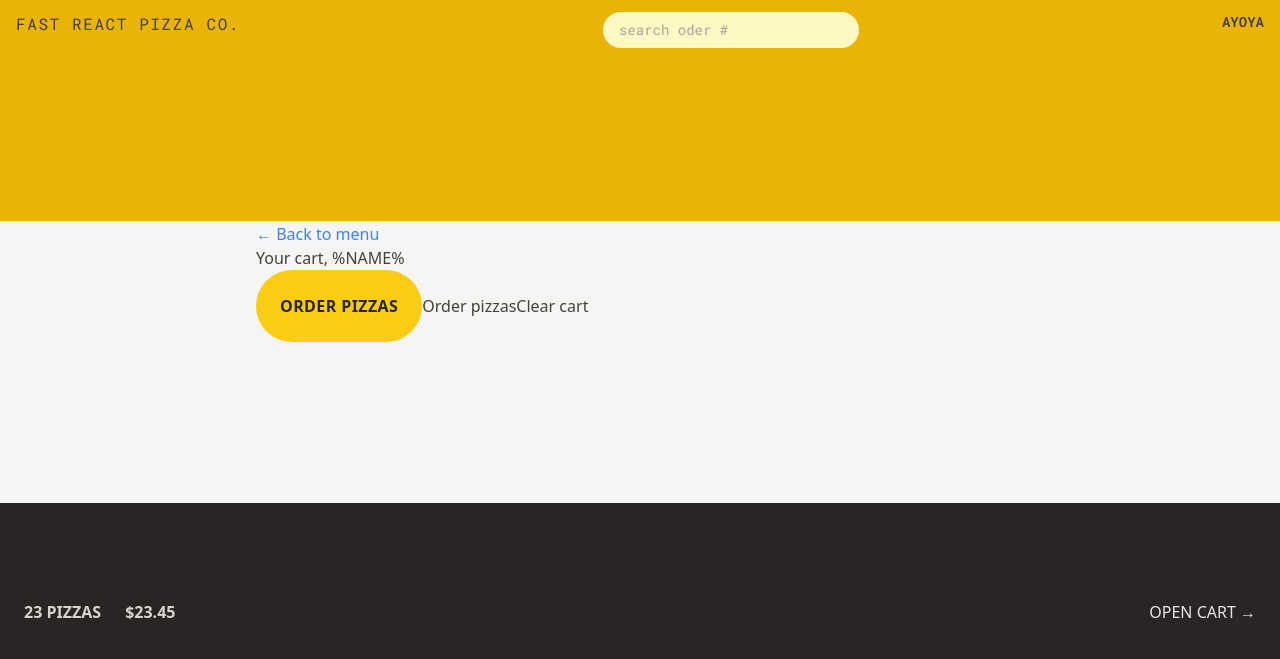
Repository: ayakhaled0001/pizza-delivery
Page: /cart
An editor plug-in stored every save of this project. The page is shown before and after the next save, followed by the edit.
The browser window is 1280 px wide. The pictures show the whole page.
The project was rebuilt for these pictures with package versions that can differ from the ones it lists, and the page was loaded fresh each time. Also part of the build but not shown: vite.config.js, src/features/user/CreateUser.jsx, src/ui/Home.jsx, src/services/apiRestaurant.jsx, src/utilities/helpers.jsx, src/features/menu/MenuItem.jsx, src/features/menu/Menu.jsx, src/features/order/Order.jsx and 2 more. Imported but missing from the stored project, and not drawn on this page: src/features/order/CreateOrder.

Above is the page before, as saved 2025-05-01 05:18:05.

After the next save:
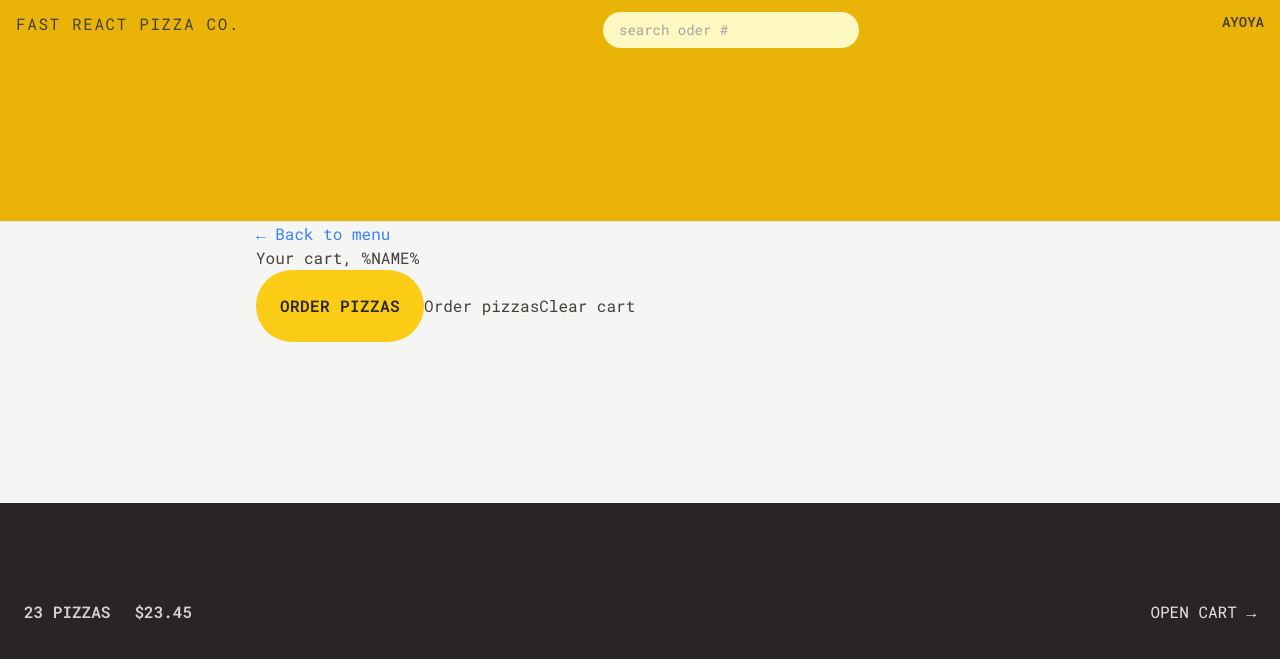
Saved 27 s later.
--- a/tailwind.config.js
+++ b/tailwind.config.js
@@ -3,7 +3,7 @@ export default {
   content: ["./index.html", "./src/**/*.{js,jsx,ts,tsx}"],
   theme: {
     fontFamily: {
-      pizza: "Roboto Mono , monospace",
+      sans: "Roboto Mono , monospace",
     },
     extend: {},
   },
